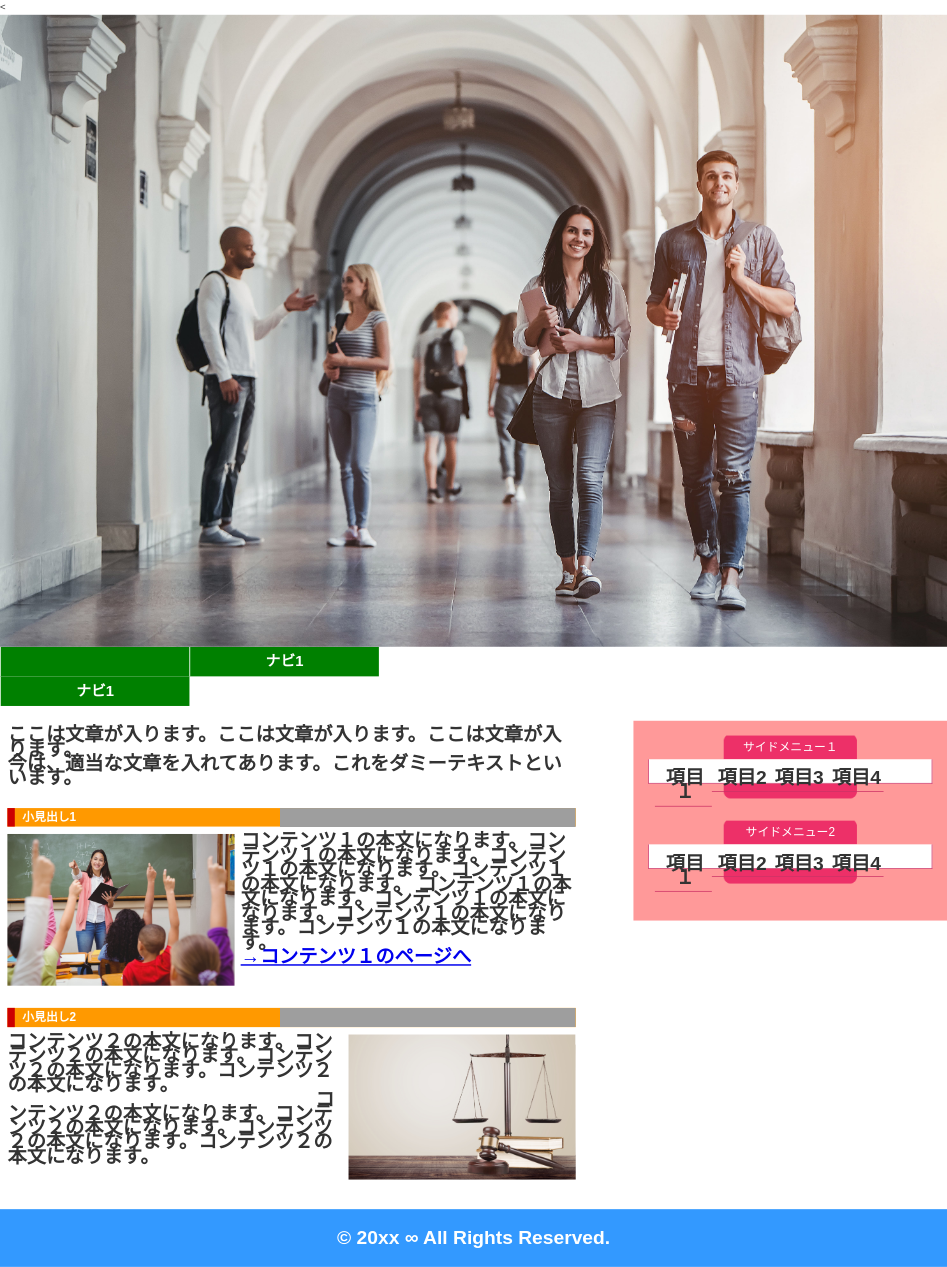
Repository: hanilemo/samurai_HTML-CSS
Page: home.html
The author's editor kept a record of every edit. The page is drawn from the files as they stood at one moment, then again after the next edit.
The browser window is 1280 px wide. The pictures show the whole page, at 74% of full size.
Pictures or frames that could not be fetched are drawn as grey boxes.

Above is the page before.

### home.html
<<!DOCTYPE html>
<html lang="ja">
    <head>
      <meta charset="UTF-8">
      <title>HTML/CSSの学習</title>
      <link rel="stylesheet" href="stylesheet.css">
    </head>
    <body>
       <div id="header">
           <h1><a href="index.html"><img id="corridor" src="images/corridor.jpg" alt="大学の廊下” /></a></h1>
       </div>
       <div id="wrapper">
         <div id="nav">
             <ul>
                 <li><a href="home.html>ナビ1</a></li>
                 <li><a href="home.html>ナビ1</a></li>
                 <li><a href="home.html>ナビ1</a></li>
                 <li><a href="home.html>ナビ1</a></li>

             <div id="container">
                 <div id="main">
                     <div class="post">
                        <p>ここは文章が入ります。ここは文章が入ります。ここは文章が入ります。<br />今は、適当な文章を入れてあります。これをダミーテキストといいます。</p>
                     </div>
                     <div class="post clearfix">
                         <h2>小見出し1</h2>
                         <img class="left" src="images/classroom.jpg" alt="授業風景" />
                         <p>
                            コンテンツ１の本文になります。コンテンツ１の本文になります。コンテンツ１の本文になります。コンテンツ１の本文になります。
                            コンテンツ１の本文になります。コンテンツ１の本文になります。コンテンツ１の本文になります。コンテンツ１の本文になります。
                         </p>
                         <p><a href="#">→コンテンツ１のページへ</a></p>
                     </div>
                     <div class="post clearfix">
                         <h2>小見出し2</h2>
                         <img class="right" src="images/scale.jpg" alt="天秤" />
                         <p>
                            コンテンツ２の本文になります。コンテンツ２の本文になります。コンテンツ２の本文になります。コンテンツ２の本文になります。
        　　　　　　　　　　　　　　　　コンテンツ２の本文になります。コンテンツ２の本文になります。コンテンツ２の本文になります。コンテンツ２の本文になります。
                      　</p>
                      </div>
                  </div>
                  <div id="side">
                      <div class="box">
                          <h2>サイドメニュー１</h2>
                          <div class="boxBody">
                              <ul>
                                 <li>項目１</li>
                                 <li>項目2</li>
                                 <li>項目3</li>
                                 <li>項目4</li>
                             </ul>
                          </div>
                       </div>
                       <div class="box">
                             <h2>サイドメニュー2</h2>
                             <div class="boxBody">
                                 <ul>
                                     <li>項目１</li>
                                     <li>項目2</li>
                                     <li>項目3</li>
                                     <li>項目4</li>
                                 </ul>
                            </div>
                        </div>
                    </div>
             </div>
         </div>
         <div id="footer">
             <p>&copy; 20xx ∞ All Rights Reserved.</P>
          </div>
     </body>
 </html>

### stylesheet.css
@charset "utf-8";

body{
      margin: 0;
      padding: 0;
      font-family: "ヒラギノ角ゴ Pro W3", "Hiragino Kaku Gothic Pro", "メイリオ", Meiryo, Osaka, "ＭＳ Ｐゴシック", "MS PGothic", sans-serif;
      color: #333;
      font-size: 13px;
      line-height: 150%;
}

/* -------------------- wrapper -------------------- */
#wrapper {
	   width: 100%;
	   margin: auto;
	   padding: 0px;
	   border: 0px;
       background-color: #FFF;
       top: 10px;
       position: relative;
}

/* -------------------- header -------------------- */
#header {
       width: 100%;
 }
#header h1 {
       margin: 0;
       padding: 0;
 }

#corridor {
       width: 100%;
       height: auto;
 }

/* -------------------- footer -------------------- */
#footer {
       clear: both;
       width: 100%;
       padding: 3px 0 3px 0;
       background-color: #39F;
       color: #FFF;
       font-weight: bold;
       text-align: center;

 }

/* -------------------- nav -------------------- */
#nav {
        width: 100%;
 }
#nav ul {
       margin: 0;
       padding: 0;
       list-style-type: none;
 }
#nav ul li {
        float: left;
        width: 20%;
        text-align: center;
 }
#nav ul li a {
       display: block;
       height: 20px;
       margin: 0;
       padding: 10px;
       color: #FFF;
       font-size: 20px;
       text-decoration:  none;
       background-color: green;
    border-left: 1px solid white;
 }

 #nav ul li a:hover {
        filter: drop-shadow(10px 10px 10px black);
 }

/* -------------------- container -------------------- */
#container {
       width: 100%;
       margin: auto ;
       padding: auto;
       padding-top: 20px;
       clear: both;
}
/* -------------------- main -------------------- */
#main {
     float: left;
     width: 60%;
     padding: 10px 30px 10px 10px;
}
#main h2 {
	   margin: 0 0 10px 0;
	   padding: 3px 10px 3px 10px;
	   color: #FFF;
	   font-size: 16px;
	   border-left: solid 10px #C00;
	   background: #F90 url(../images/main_h2.jpg) right top repeat-y;
 }
#main p {
	   margin: 0;
	   padding: 0;
 }
#main .post {
	 margin: 0 0 30px 0;
 }

#main .post img.right {
	   margin: 0 0 0 8px;
 }
 #main .post img.left {
        margin: 0 8px 0 0;
 }

.right {
	   float: right;
	   width: 40%;
	   height: auto;
 }
 .left {
	    float: left;
	    width: 40%;
	    height: auto;
 }

/* -------------------- clearfix -------------------- */
 .clearfix {
	    zoom: 1;
 }
 .clearfix:after{
	    content: "";
	    display: block;
	    clear: both;
 }

 /* -------------------- side -------------------- */
 #side {
        float: right;
        width: 30%;
        padding: 20px;
        background-color: #F99;
 }
 #side .box {
        margin: 0 auto 30px auto;
        padding: 0 0 20px 0;
        background: url(images/side_box.png) bottom no-repeat;
 }
#side .box h2 {
	    margin: 0;
 	    padding: 8px;
 	    text-align: center;
	    color: #fff;
 	    font-size: 16px;
 	    line-height: 16px;
 	    font-weight: normal;
 	    background: url(images/side_box_h2.png) center no-repeat;
 }
#side .box .boxBody {
 	   padding: 8px;
 	   border-right: solid 1px #C36;
 	   border-bottom: solid 1px #C36;
 	   border-left: solid 1px #C36;
 	   background: #fff;
 }
#side .box .boxBody ul {
 	 margin: 0 0 16px 0;
 	 padding: 0;
 }
#side .box .boxBody ul li {
 	   padding: 8px 0 8px 4px;
 	   list-style: none;
 	   border-bottom: solid 1px #C36;
 }

 #side .box .boxBoy ul li: hover {
        padding: 8px 0 8px 4px;
        list-style:　none;
        border-bottom: solid 1px #C36;
        box-shadow: 0px 4px 4px rgba(0, 0, 0, 0.3);
 }

After the next edit:
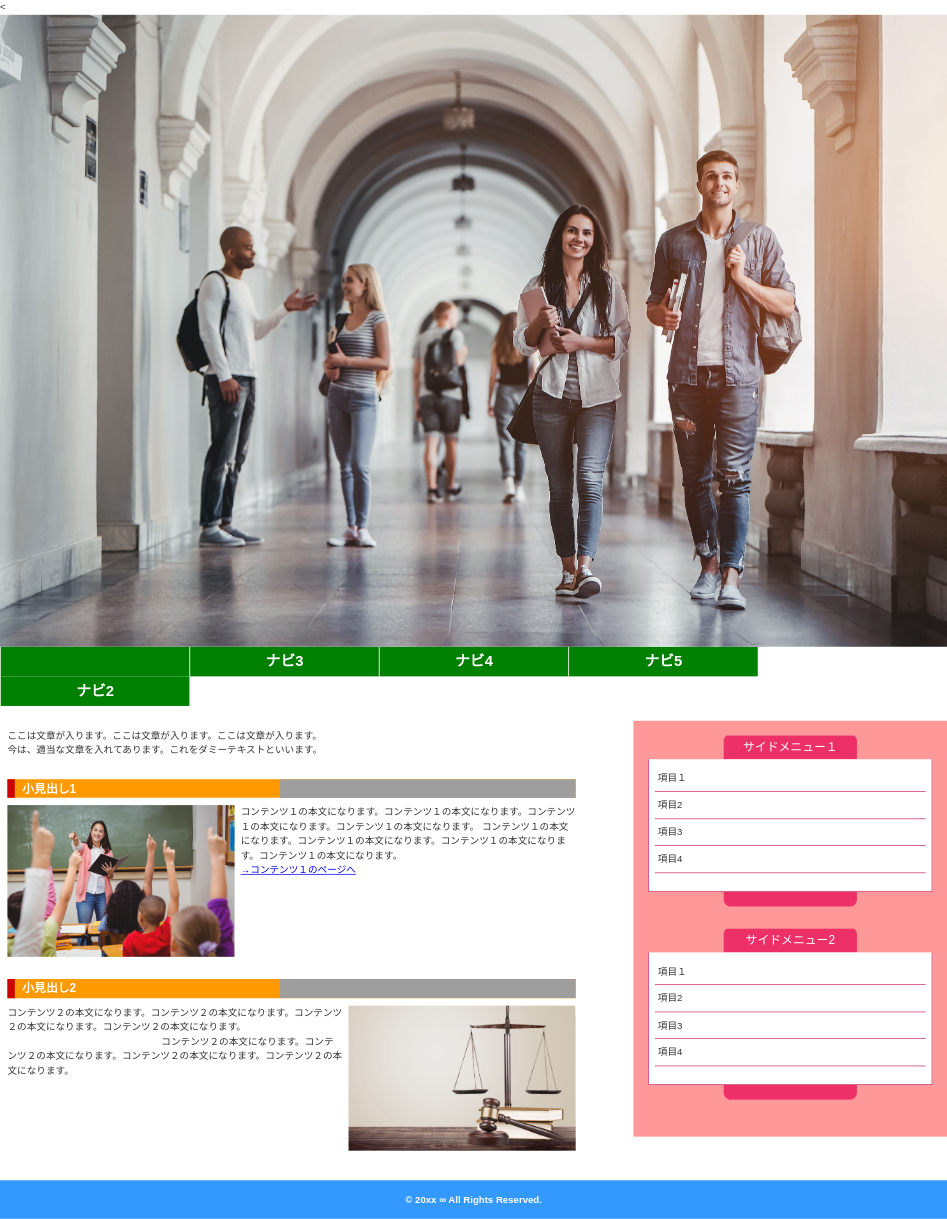
The edit:
--- a/home.html
+++ b/home.html
@@ -13,10 +13,13 @@
          <div id="nav">
              <ul>
                  <li><a href="home.html>ナビ1</a></li>
-                 <li><a href="home.html>ナビ1</a></li>
-                 <li><a href="home.html>ナビ1</a></li>
-                 <li><a href="home.html>ナビ1</a></li>
-
+                 <li><a href="#">ナビ2</a></li>
+                 <li><a href="#">ナビ3</a></li>
+                 <li><a href="#">ナビ4</a></li>
+                 <li><a href="#">ナビ5</a></li>
+            </ul>
+            </div>
+            </div>
              <div id="container">
                  <div id="main">
                      <div class="post">
